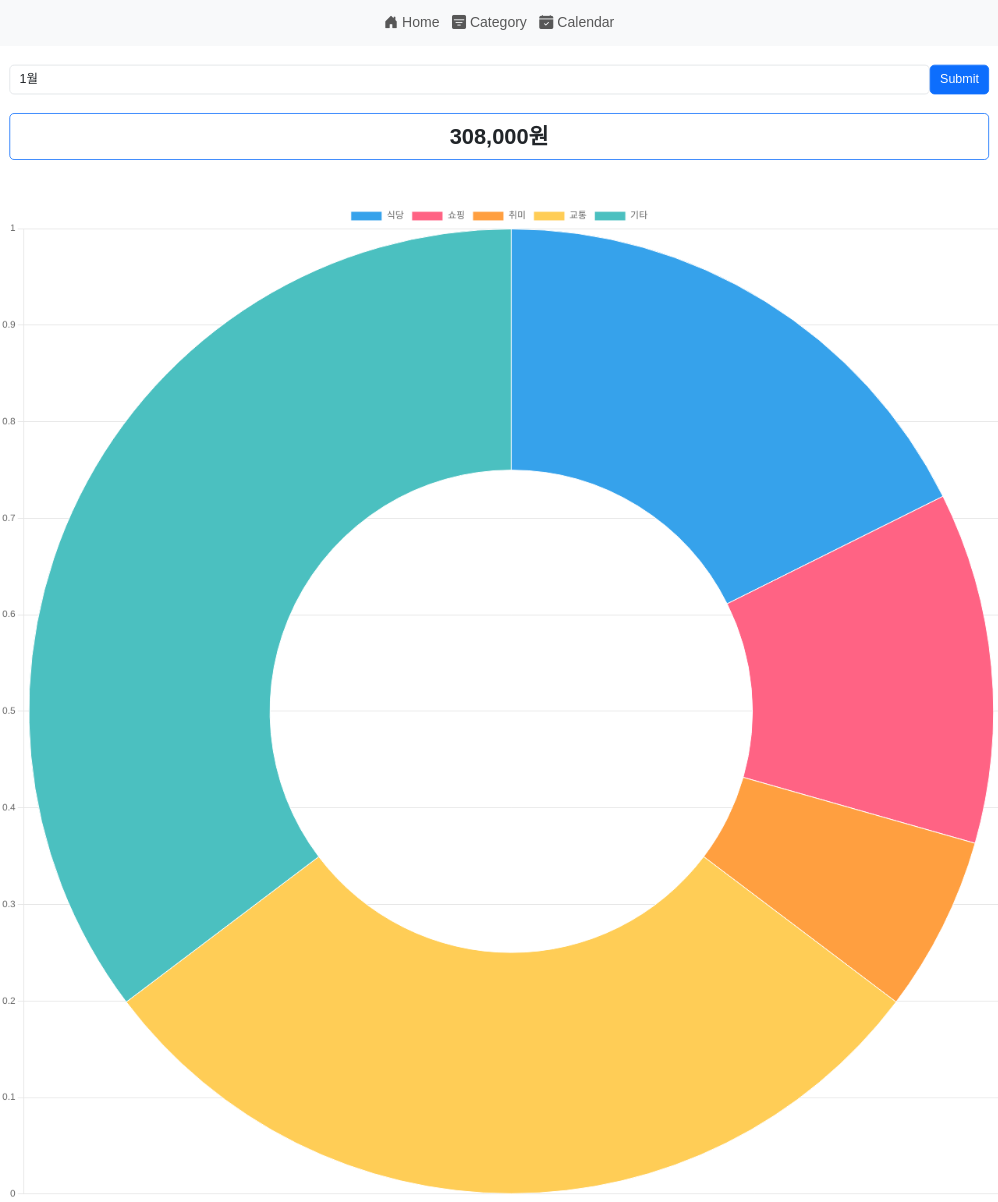
Repository: kimSummerrain/KairosHackathon
Page: venvs/karios/templates/detail.html
These files come from the project's save history. The page is drawn as it stood at one moment and after the next save; the edit follows.
The browser window is 1280 px wide. The pictures show the whole page, at 78% of full size.
After loading, the first visible `button.btn` was clicked once.

Above is the page before, as saved 2024-02-26 17:10:47.

After the next save:
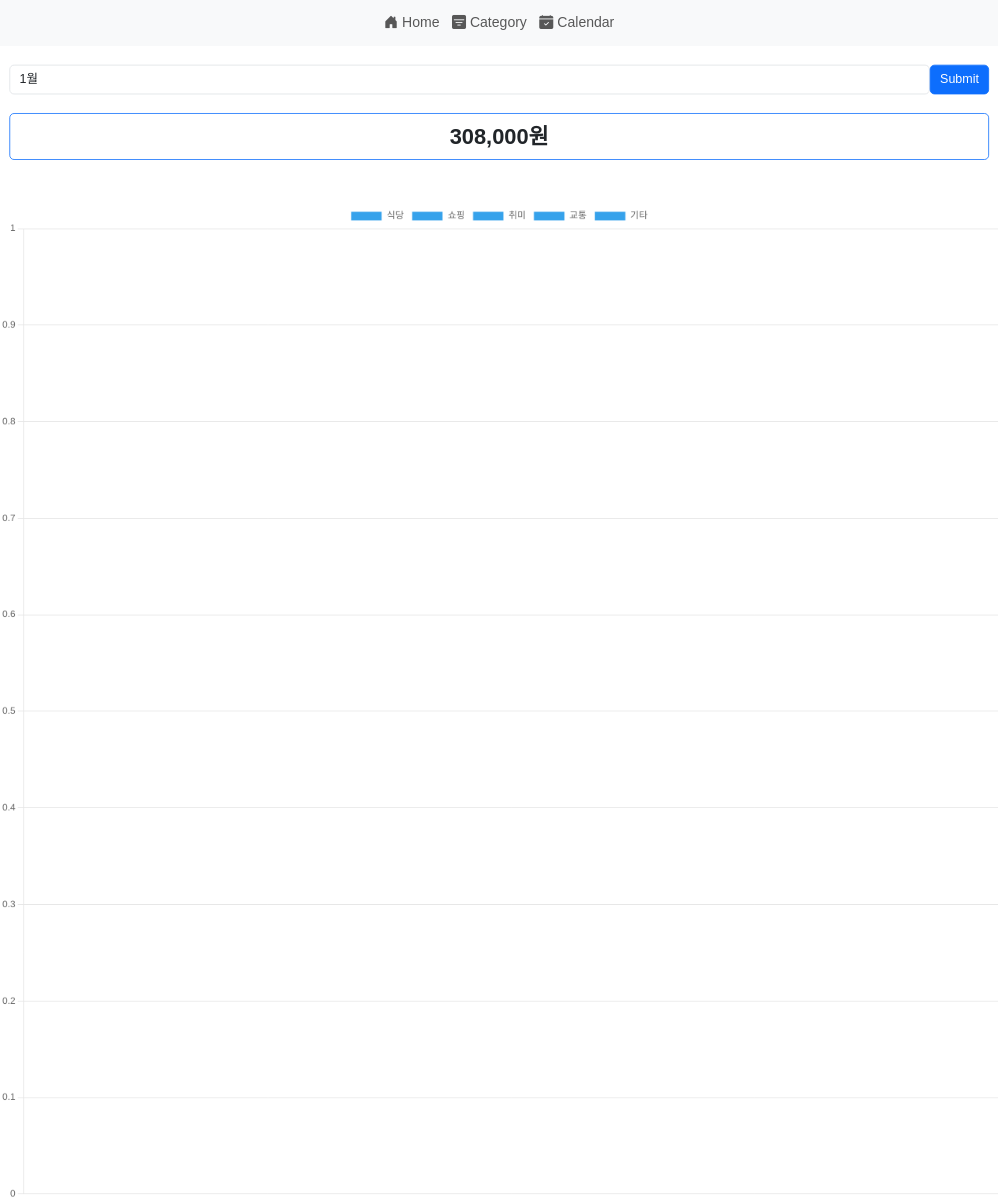
Saved 26 s later.
--- a/venvs/karios/templates/detail.html
+++ b/venvs/karios/templates/detail.html
@@ -102,7 +102,7 @@
             var selectedMonth = document.getElementById('month-select').value;
             switch (selectedMonth) {
                 case '1':
-                    chartData = [15, 10, 5, 25, 30];
+                    chartData = [];
                     break;
                 case '2':
                     chartData = [10, 15, 20, 25, 30];
